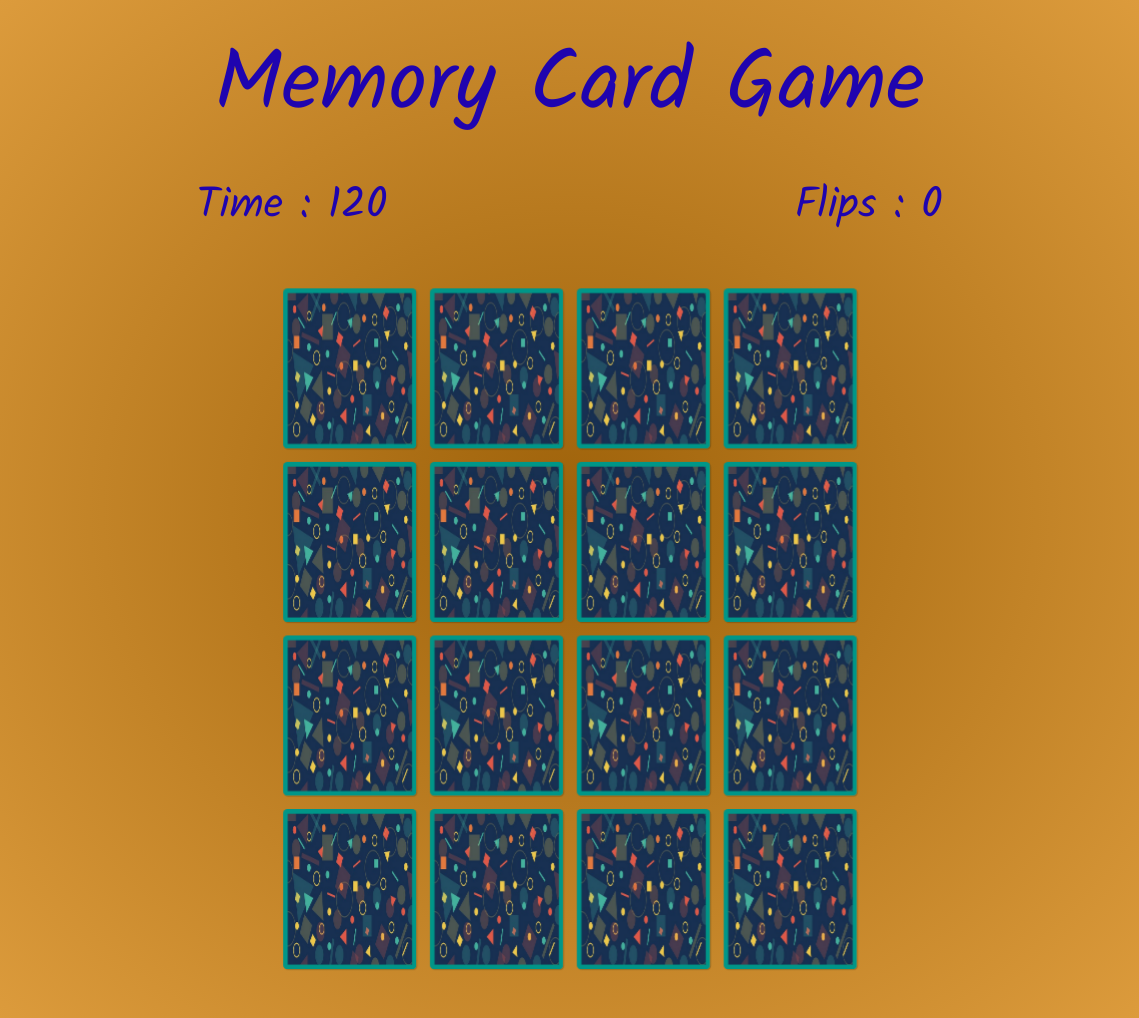
Repository: claudiadanaila1/Project-2--Interactive-FrontEnd---Memory-game
Page: index.html
The author's editor kept a record of every edit. The page is drawn from the files as they stood at one moment, then again after the next edit.
The browser window is 1280 px wide. The pictures show the whole page, at 89% of full size.

Above is the page before.

After the next edit:
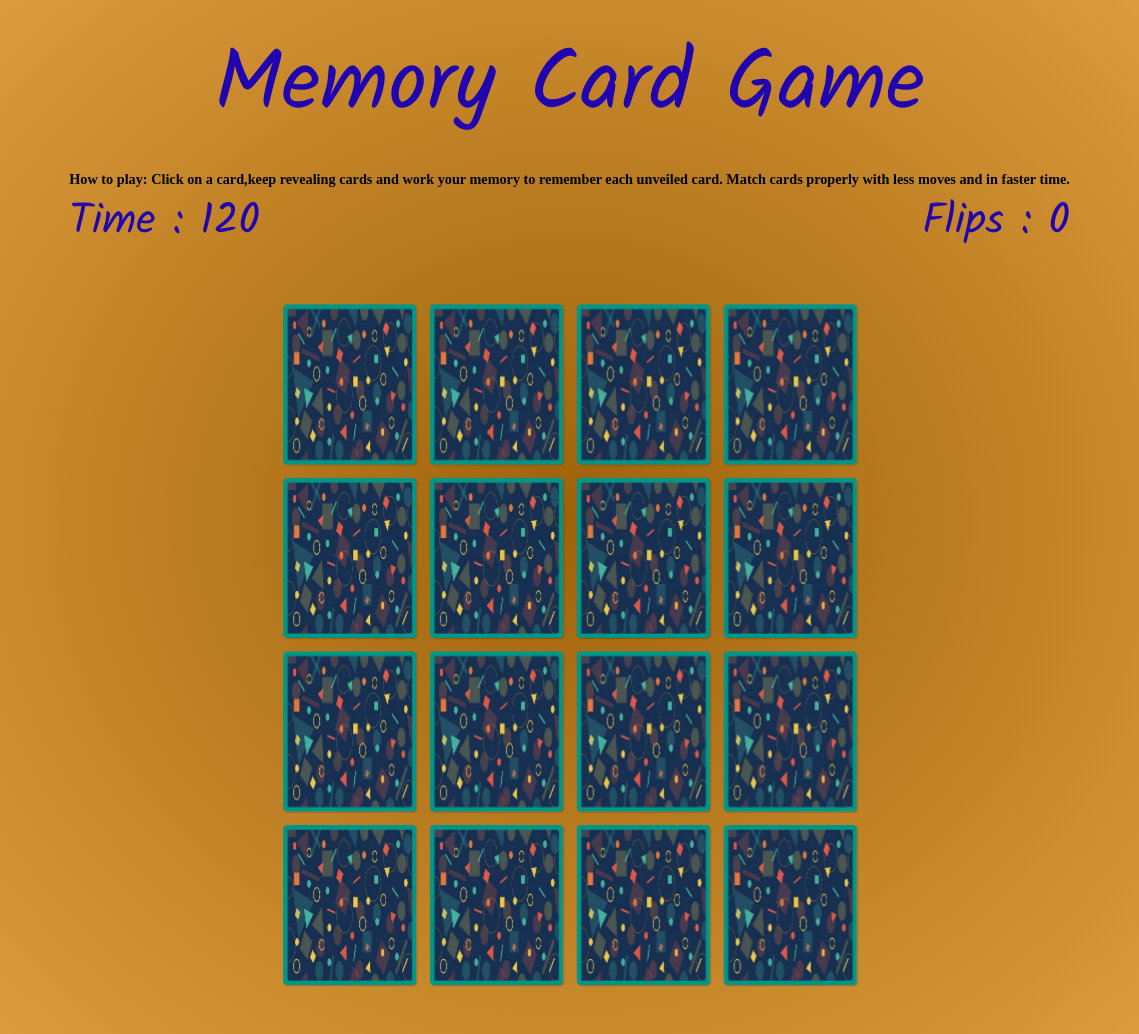
The edit:
--- a/index.html
+++ b/index.html
@@ -10,8 +10,10 @@
 </head>
 <body>
     <h1 class="title">Memory Card Game</h1>
+    <h4 class="sub-title">How to play: Click on a card,keep revealing cards and work your memory to remember each unveiled card.
+Match cards properly with less moves and in faster time. </h4>
 
-    <div class="text-game ">Click to Start</div>
+    <div class="text-game">Click to Start</div>
     <div class="text-game" id="game-over-text">Game Over
     <span class="text-game-restart">Click to Restart</span>
     </div>
